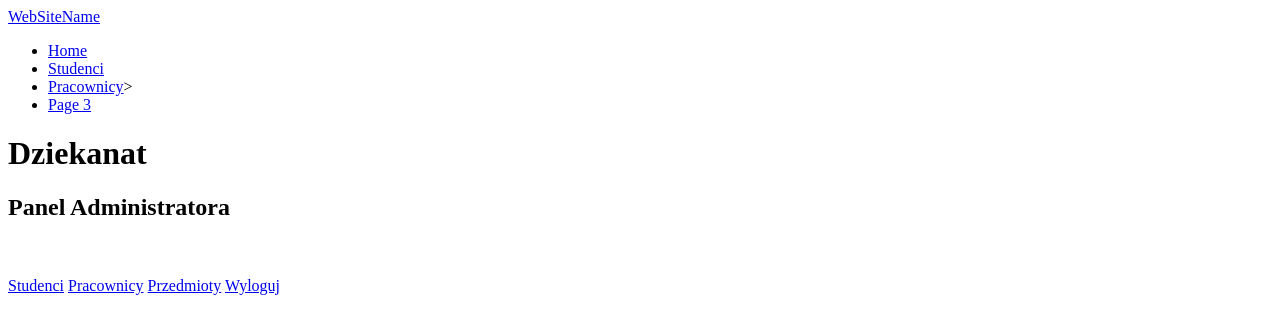
Repository: wojciechDrozd/php
Page: http://localhost/adminMenuBar.php
The author's editor kept a copy of each file at every save. The page is drawn from the files as they stood at one save, then again after the next save.
The browser window is 1280 px wide. The pictures show the whole page.
The page is run by PHP 8.4 with error messages shown; the project is at /var/www/html/.

Above is the page before, as saved 2017-04-12 21:21:20.

### 1/CRUDexample/adminMenuBar.php
<nav class="navbar navbar-default">
  <div class="container-fluid">
    <div class="navbar-header">
      <a class="navbar-brand" href="#">WebSiteName</a>
    </div>
    <ul class="nav navbar-nav">
      <li class="active"><a href="#">Home</a></li>
      <li><a href="studentsTable.php"">Studenci</a></li>
      <li><a href="teachersTable.php">Pracownicy</a>></li>
      <li><a href="#">Page 3</a></li>
    </ul>
  </div>
</nav>


<div class="container">
	<div class="row">
		<div class="col-md-12">
			<h1><b>Dziekanat</b></h1>
			<h2>Panel Administratora</h2><br/><br/>
		</div>
	</div>
	<div class="row">
		<div class="container">
			<a href="studentsTable.php" class="btn btn-info" role="button">Studenci</a>
			<a href="teachersTable.php" class="btn btn-info" role="button">Pracownicy</a>
			<a href="classesTable.php" class="btn btn-info" role="button">Przedmioty</a>
			<a href="ajax/logout.php" class="btn btn-danger" role="button">Wyloguj</a>
			<br/>
		</div>
	</div>
</div>

After the next save:
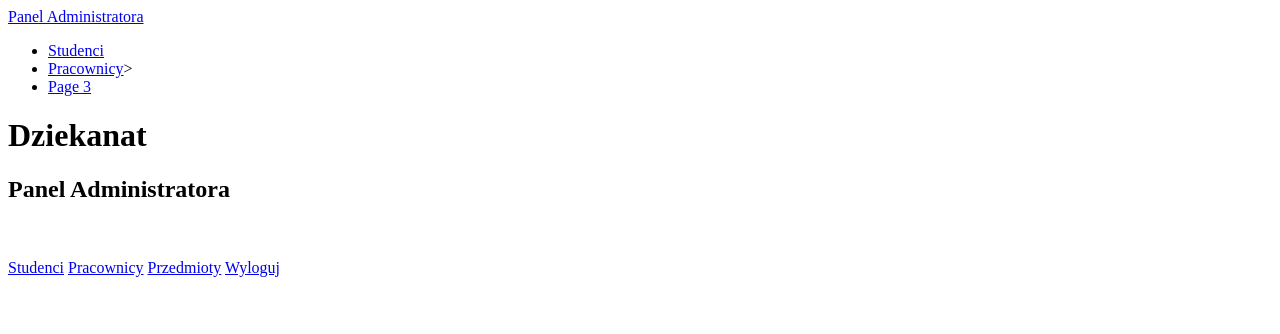
Saved 48 s later.
--- a/1/CRUDexample/adminMenuBar.php
+++ b/1/CRUDexample/adminMenuBar.php
@@ -1,10 +1,9 @@
 <nav class="navbar navbar-default">
   <div class="container-fluid">
     <div class="navbar-header">
-      <a class="navbar-brand" href="#">WebSiteName</a>
+      <a class="navbar-brand" href="#">Panel Administratora</a>
     </div>
     <ul class="nav navbar-nav">
-      <li class="active"><a href="#">Home</a></li>
       <li><a href="studentsTable.php"">Studenci</a></li>
       <li><a href="teachersTable.php">Pracownicy</a>></li>
       <li><a href="#">Page 3</a></li>
